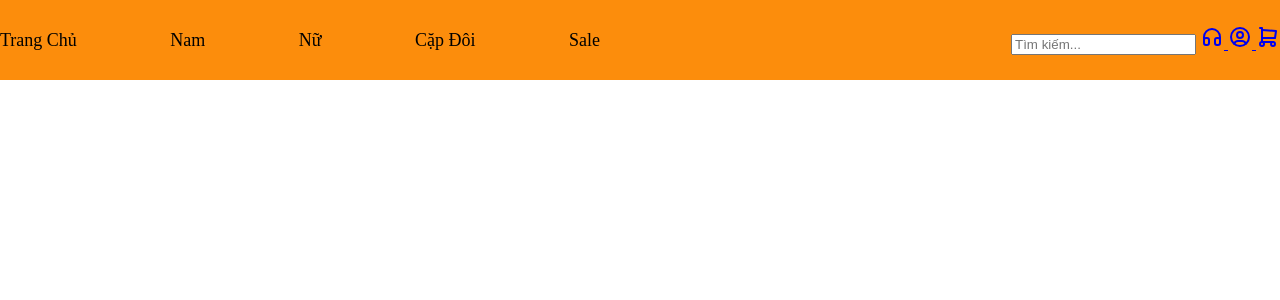
Repository: manhhieu120499/demo_page
Page: nam.html
These files come from the project's save history. The page is drawn as it stood at one moment and after the next save; the edit follows.
The browser window is 1280 px wide. The pictures show the whole page.

Above is the page before, as saved 2023-03-04 15:59:31.

After the next save:
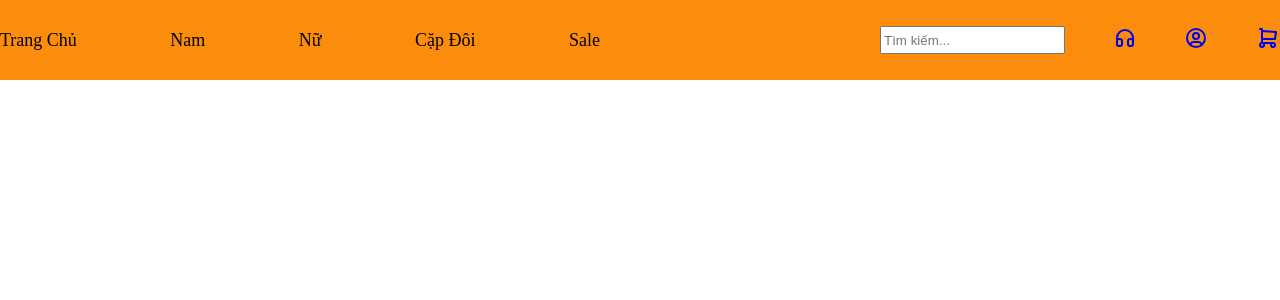
Saved 25 s later.
--- a/style_nam.css
+++ b/style_nam.css
@@ -24,7 +24,7 @@
     font-size: 18px;
 }
 
-.header .right-header {
+.header .right_header {
     display: flex;
     justify-content: space-between;
     width: 400px;
